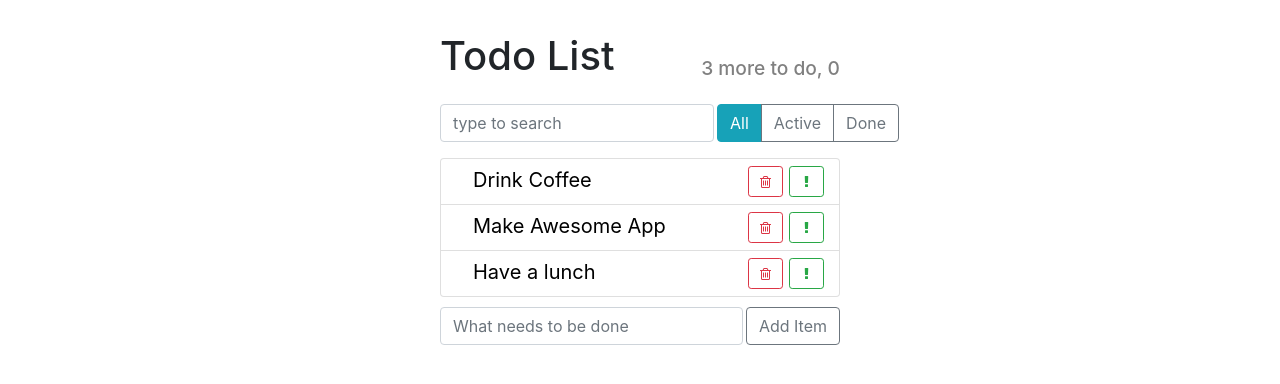
Repository: max535/react-todo-list
Page: /
These files come from the project's save history. The page is drawn as it stood at one moment and after the next save; the edit follows.
The browser window is 1280 px wide. The pictures show the whole page.
The project was rebuilt for these pictures with package versions that can differ from the ones it lists, and the page was loaded fresh each time.

Above is the page before, as saved 2022-01-17 02:13:14.

### public/index.html
<!DOCTYPE html>
<html>
  <head>
    <meta charset="utf-8" />
    <meta
        name="viewport"
        content="width=device-width, initial-scale=1">
    <link rel="stylesheet"
          href="https://stackpath.bootstrapcdn.com/font-awesome/4.7.0/css/font-awesome.min.css">
    <link rel="stylesheet"
          href="https://stackpath.bootstrapcdn.com/bootstrap/4.1.3/css/bootstrap.min.css">
    <title>Todo App</title>
  </head>
  <body>
      <div id="root"></div>
  </body>
</html>

### src/index.js
import React from 'react';
import ReactDOM from 'react-dom';

import { App } from './components/App';

ReactDOM.render(<App />, document.getElementById('root'));

### src/components/App/index.jsx
import React from 'react';

import { AppHeader } from '../AppHeader';
import { SearchPanel } from '../SearchPanel';
import { TodoList } from '../TodoList';
import { ItemStatusFilter } from '../ItemStatusFilter/index.jsx';
import { ItemAddForm } from '../ItemAddForm';

import './App.css';

export class App extends React.Component {
    maxId = 100;

    state = {
        todoData: [
            this.createTodoItem('Drink Coffee'),
            this.createTodoItem('Make Awesome App'),
            this.createTodoItem('Have a lunch'),
        ],
    };

    createTodoItem(label) {
        return {
            label,
            important: false,
            done: false,
            id: this.maxId++,
        }
    }

    deleteItem = (id) => {
        this.setState(({todoData}) => {
            const idx = todoData.findIndex((el) => el.id === id);

            const newArray = [
                ...todoData.slice(0, idx),
                ...todoData.slice(idx + 1),
            ];

            return {
                todoData: newArray,
            };
        });
    };

    addItem = (text) => {
        const newItem = this.createTodoItem(text);

        this.setState(({todoData}) => {
            const newArr = [
                ...todoData,
                newItem,
            ];

            return {
                todoData: newArr,
            };
        });
    };

    toggleProperty(arr, id, propName) {
        const idx = arr.findIndex((el) => el.id === id);

        const oldItem = arr[idx];
        const newItem = {...oldItem, [propName]: !oldItem[propName]};

        return [
            ...arr.slice(0, idx),
            newItem,
            ...arr.slice(idx + 1),
        ];
    }

    onToggleDone = (id) => {
        this.setState(({todoData}) => {
            return {
                todoData: this.toggleProperty(todoData, id, 'done'),
            };
        });
    };

    onToggleImportant = (id) => {
        this.setState(({todoData}) => {
            return {
                todoData: this.toggleProperty(todoData, id, 'important'),
            };
        });
    };

    render() {
        const {todoData} = this.state;
        const doneCount = todoData.filter((el) => el.done).length;
        const todoCount = todoData.length - doneCount;

        return (
            <div className="todo-app">
                <AppHeader toDo={todoCount} done={doneCount} />
                <div className="top-panel d-flex">
                    <SearchPanel />
                    <ItemStatusFilter />
                </div>

                <TodoList
                    todos={todoData}
                    onDeleted={this.deleteItem}
                    onToggleImportant={this.onToggleImportant}
                    onToggleDone={this.onToggleDone}
                />

                <ItemAddForm onItemAdded={this.addItem} />
            </div>
        );
    }
}

### src/components/AppHeader.jsx
import React from 'react';

import './AppHeader.css';

export const AppHeader = ({toDo, done}) => {
    return (
        <div className="app-header d-flex">
            <h1>Todo List</h1>
            <h2>{toDo} more to do, {done}</h2>
        </div>
    );
};

### src/components/SearchPanel.jsx
import React from 'react';

import './SearchPanel.css';

export const SearchPanel = () => {
    return (
        <input
            type="text"
            className="form-control search-input"
            placeholder="type to search"
        />
    );
}

### src/components/TodoList.jsx
import React from 'react';

import { TodoListItem } from './TodoListItem';

import './TodoList.css';

export const TodoList = ({todos}) => {

    const elements = todos.map((item) => {
        const {id, ...itemProps} = item;

        return (
            <li key={id} className="list-group-item">
                <TodoListItem {...itemProps} />
            </li>
        );
    });

    return (
        <ul className="list-group todo-list">
            {elements}
        </ul>
    );
};

### src/components/ItemStatusFilter/index.jsx
import React from 'react';

import './ItemStatusFilter.css';

export class ItemStatusFilter extends React.Component {

    render() {
        return (
            <div className="btn-group">
                <button type="button"
                        className="btn btn-info">All</button>
                <button type="button"
                        className="btn btn-outline-secondary">Active</button>
                <button type="button"
                        className="btn btn-outline-secondary">Done</button>
            </div>
        );
    }
}

// export const ItemStatusFilter = () => {
//     return (
//         <div className="btn-group">
//             <button type="button"
//                     className="btn btn-info">All</button>
//             <button type="button"
//                     className="btn btn-outline-secondary">Active</button>
//             <button type="button"
//                     className="btn btn-outline-secondary">Done</button>
//         </div>
//     );
// };

### src/components/ItemAddForm/index.jsx
import React from 'react';

import './ItemAddForm.css';

export class ItemAddForm extends React.Component {
    state = {
        label: '',
    };

    onLabelChange = (e) => {
        this.setState({
            label: e.target.value,
        });

    };

    onSubmit = (e) => {
        this.props.onItemAdded(this.state.label);
        e.preventDefault();
        this.setState({
            label: '',
        });
    };

    render() {
        return (
            <form
                className="item-add-form d-flex"
                onSubmit={this.onSubmit}
            >
                <input
                    type="text"
                    className="form-control"
                    onChange={this.onLabelChange}
                    placeholder="What needs to be done"
                    value={this.state.label}
                />
                <button className="btn btn-outline-secondary">Add Item</button>
            </form>
        );
    }
};

### src/components/App/App.css
.todo-app {
    margin: 2rem auto 0 auto;
    max-width: 400px;
}

.top-panel {
    margin: 1rem 0;
}

### src/components/SearchPanel.css
.search-input {
    width: auto;
    flex-grow: 1;
    margin-right: 3px;
}

### src/components/TodoListItem.jsx
import React from 'react';

import './TodoListItem.css';

export const TodoListItem = ({label, important = false}) => {

    const style = {
        color: important ? 'tomato' : 'black',
        fontWeight: important ? 'bold' : 'normal'
    };

    return (
        <span className="todo-list-item">
            <span
                className="todo-list-item-label"
                style={style}
            >
                {label}
            </span>

            <button
                type="button"
                className="btn btn-outline-success btn-sm float-right"
            >
                <i className="fa fa-exclamation" />
            </button>

            <button
                type="button"
                className="btn btn-outline-danger btn-sm float-right"
            >
                <i className="fa fa-trash-o" />
            </button>
        </span>
    );
};

### src/components/ItemAddForm/ItemAddForm.css
.item-add-form {
    margin-top: 10px;
}

.item-add-form input {
    margin-right: 3px;
}

Loaded but not shown: src/components/AppHeader.css (common file); src/components/TodoList.css (common file); src/components/TodoListItem.css (common file); src/components/ItemStatusFilter/ItemStatusFilter.css (no stored copy; drawn as an empty file)

After the next save:
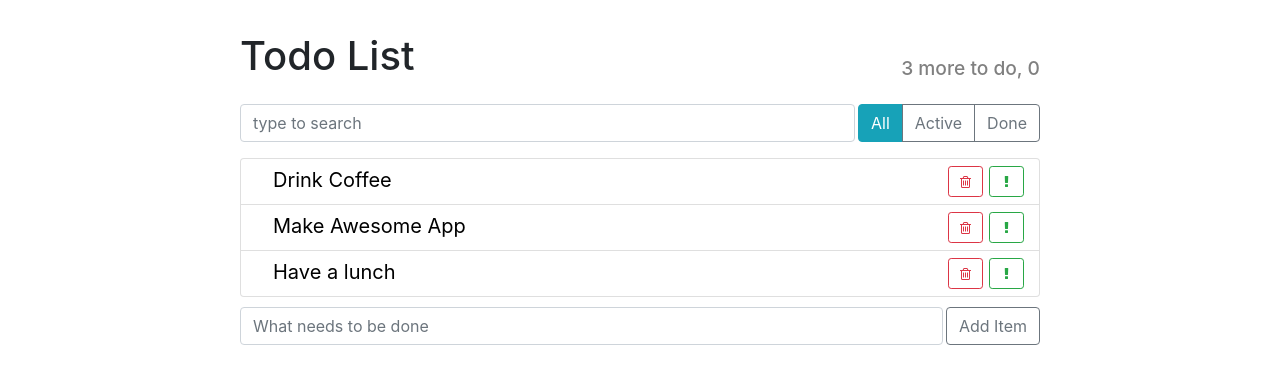
Saved 11 s later.
--- a/src/components/App/App.css
+++ b/src/components/App/App.css
@@ -1,6 +1,6 @@
 .todo-app {
     margin: 2rem auto 0 auto;
-    max-width: 400px;
+    max-width: 800px;
 }
 
 .top-panel {
